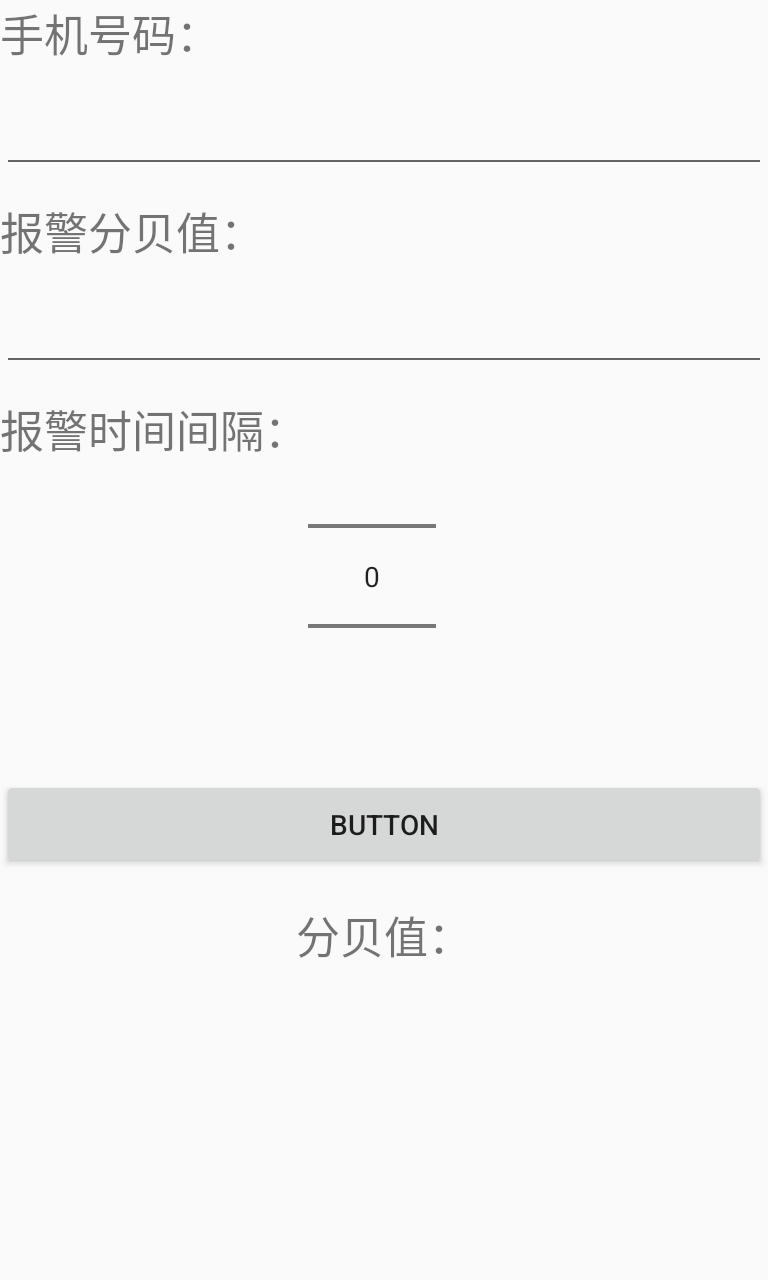
Repository: lovelyzhang/DBdetection
Layout: DBDetection/res/layout/activity_main.xml
An editor plug-in stored every save of this project. The layout is shown before and after the next save, followed by the edit.
It is drawn on a 768 x 1280 px phone screen (xhdpi) without system bars, with theme AppTheme; the app's code is not run.

Above is the layout before, as saved 2014-09-15 12:05:42.

After the next save:
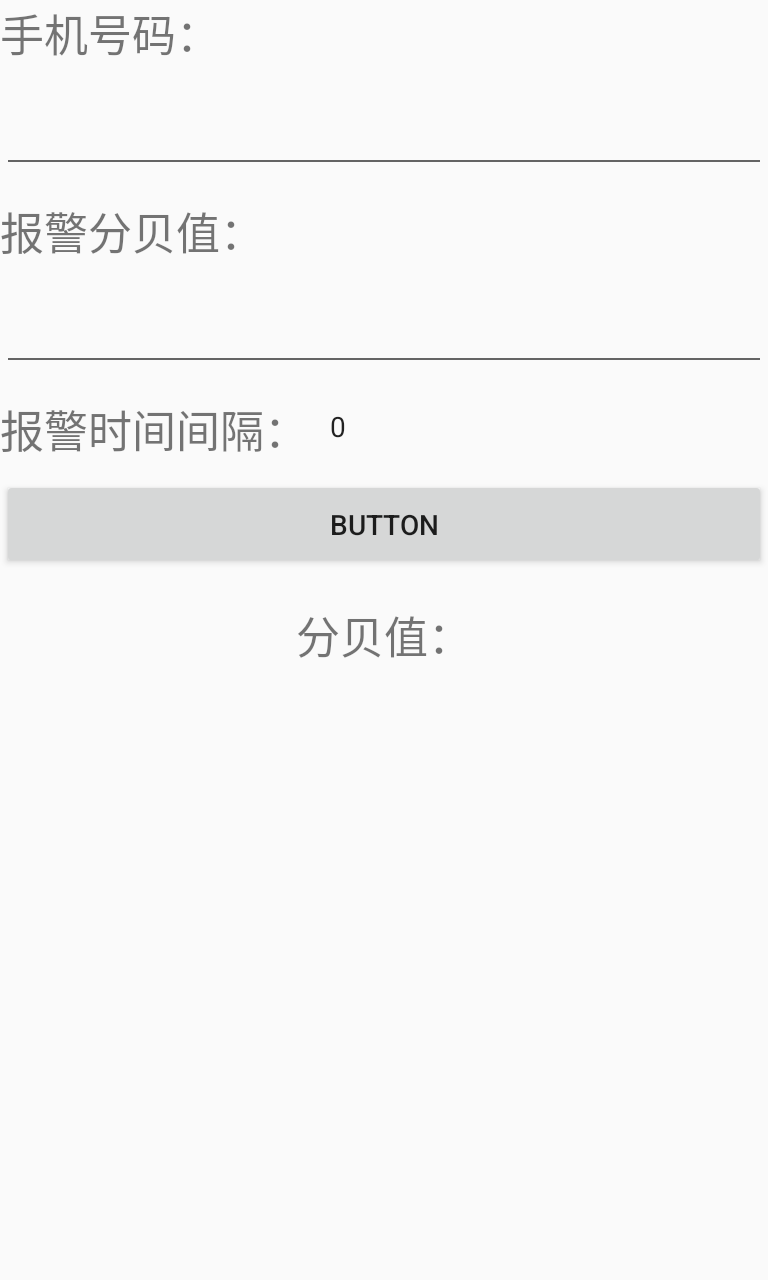
Saved 111 s later.
--- a/DBDetection/res/layout/activity_main.xml
+++ b/DBDetection/res/layout/activity_main.xml
@@ -58,8 +58,8 @@
 
  	    <NumberPicker
  	        android:id="@+id/np"
- 	        android:layout_width="wrap_content"
- 	        android:layout_height="wrap_content"
+ 	        android:layout_width="30dp"
+ 	        android:layout_height="30dp"
  	        android:layout_below="@id/MaxDBValue"
  	        android:layout_toRightOf="@id/DBNumbers"
  	        android:layout_marginTop="20px"
